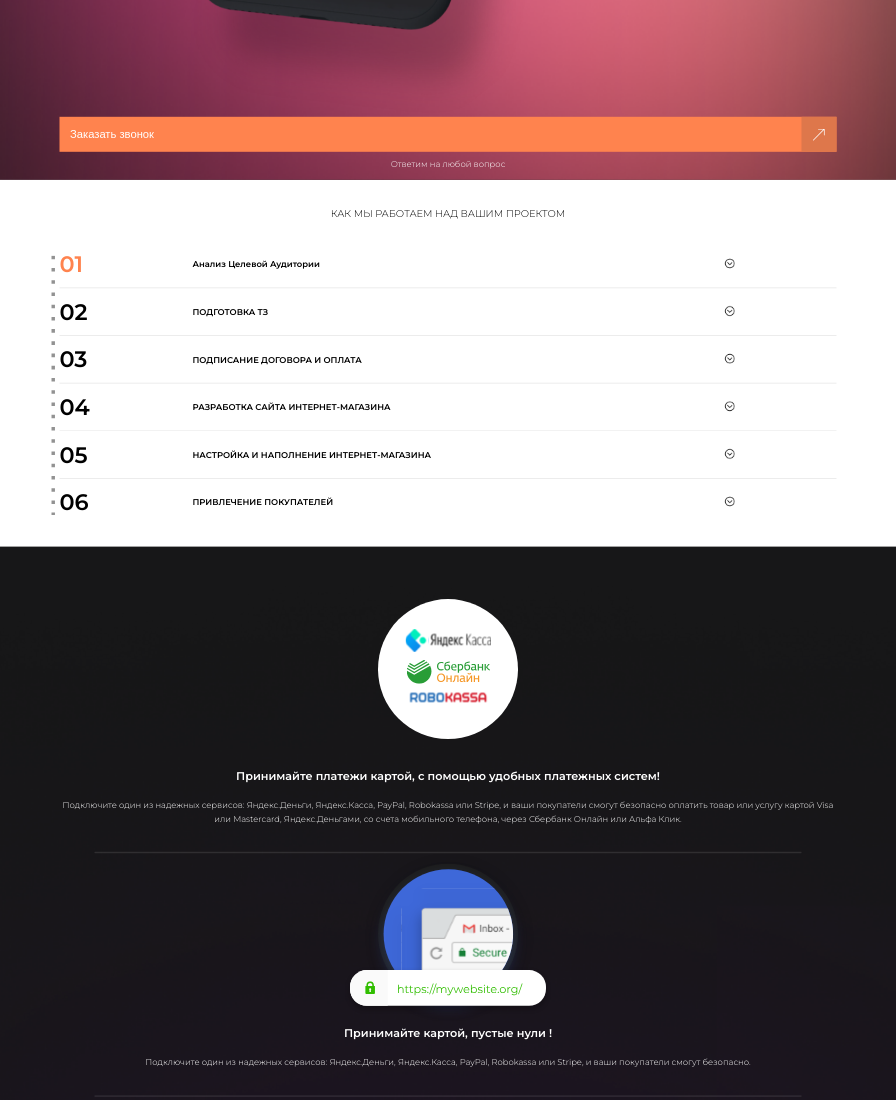
Repository: Gabi0605/my-tests
Page: web_alternative/index.html
These files come from the project's save history. The page is drawn as it stood at one moment and after the next save; the edit follows.
The browser window is 1280 px wide. The pictures show the part of the page from y = 857 to 2777 px (the page is 2429 px tall before and 2777 px after), at 70% of full size.
The style sheet was rebuilt from its Sass, Less or Tailwind sources for each picture, by a compiler version that may differ from the author's.

Above is the page before, as saved 2020-01-19 21:16:48.

After the next save:
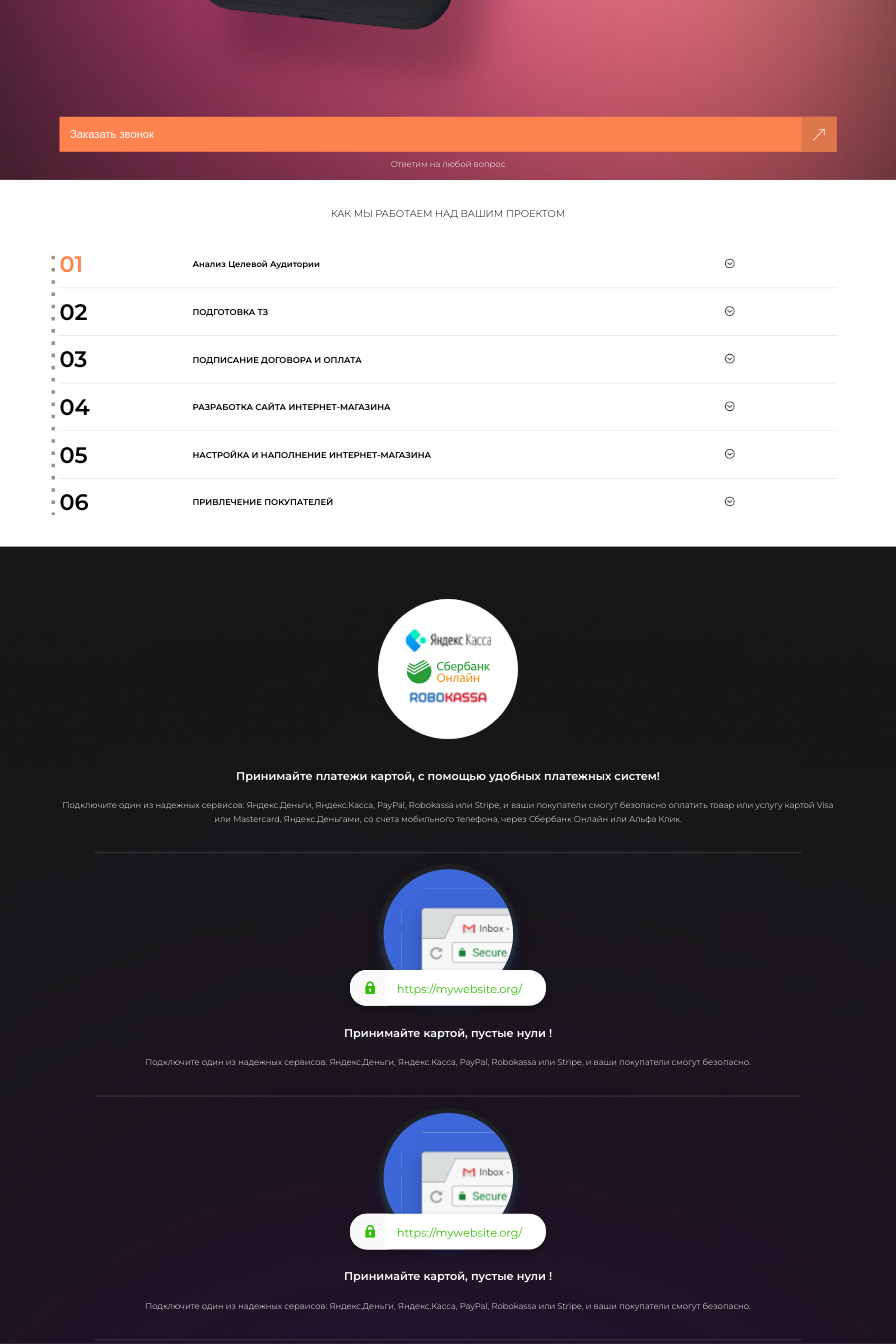
Saved 5 s later.
--- a/web_alternative/index.html
+++ b/web_alternative/index.html
@@ -147,6 +147,13 @@
                     <h2>Принимайте картой, пустые нули !</h2>
                     <p>Подключите один из надежных сервисов: Яндекс.Деньги, Яндекс.Касса, PayPal, Robokassa или Stripe, и ваши покупатели смогут безопасно.</p>
                 </div>
+                <div class="col-12">
+                    <div class="pay__img">
+                        <img src="img/svg/website.svg" alt="" class="hun">
+                    </div>
+                    <h2>Принимайте картой, пустые нули !</h2>
+                    <p>Подключите один из надежных сервисов: Яндекс.Деньги, Яндекс.Касса, PayPal, Robokassa или Stripe, и ваши покупатели смогут безопасно.</p>
+                </div>
             </div>
         </div>
     </div>
